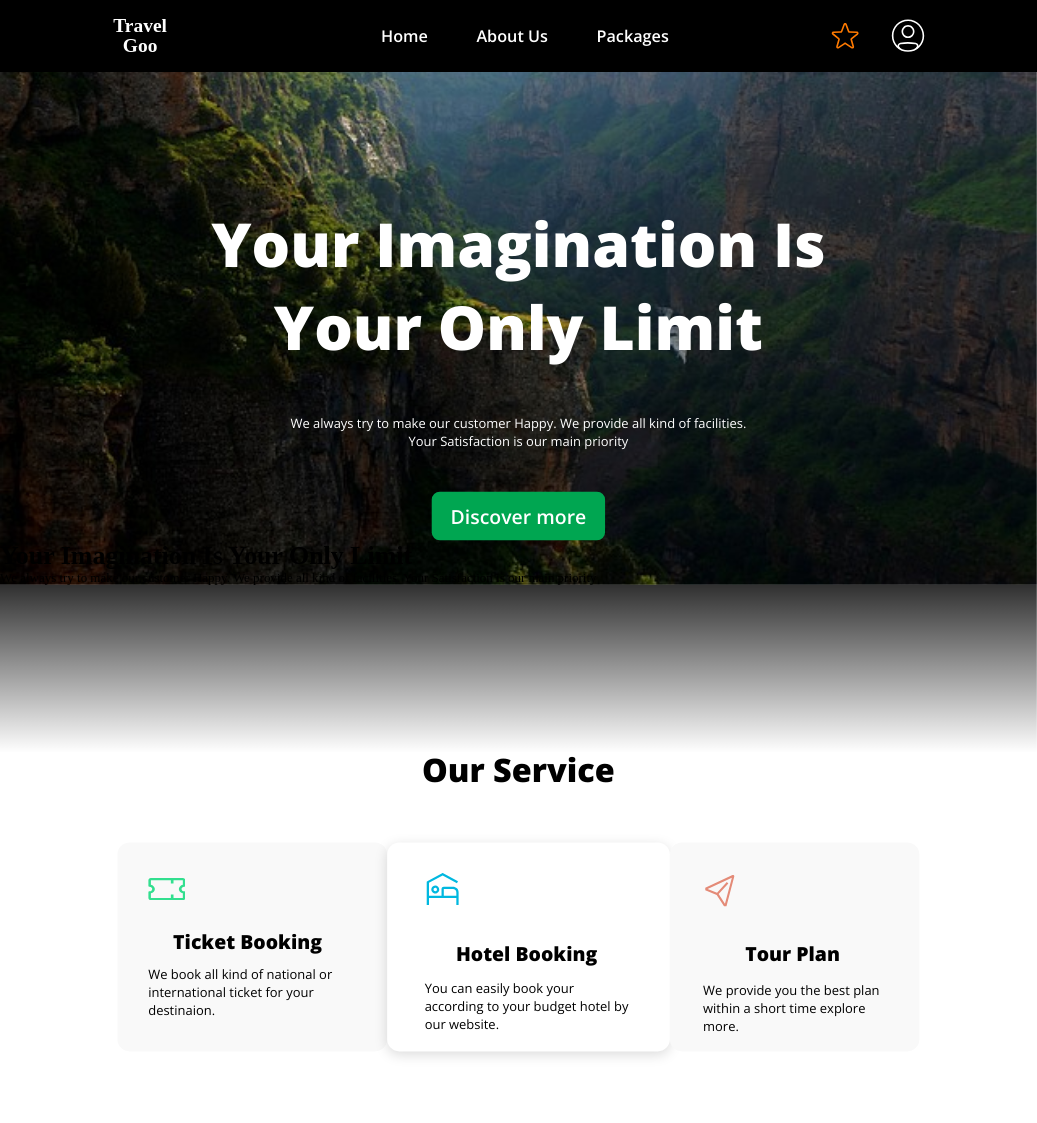
Repository: simralgasimov/back-project
Page: index.html
The author's editor kept a copy of each file at every save. The page is drawn from the files as they stood at one save, then again after a run of saves.
The browser window is 1280 px wide. The pictures show the whole page, at 81% of full size.
Some web fonts or font styles are not loaded; a fallback is used.

Above is the page before, as saved 2023-09-27 13:31:27.

After the next 2 saves:
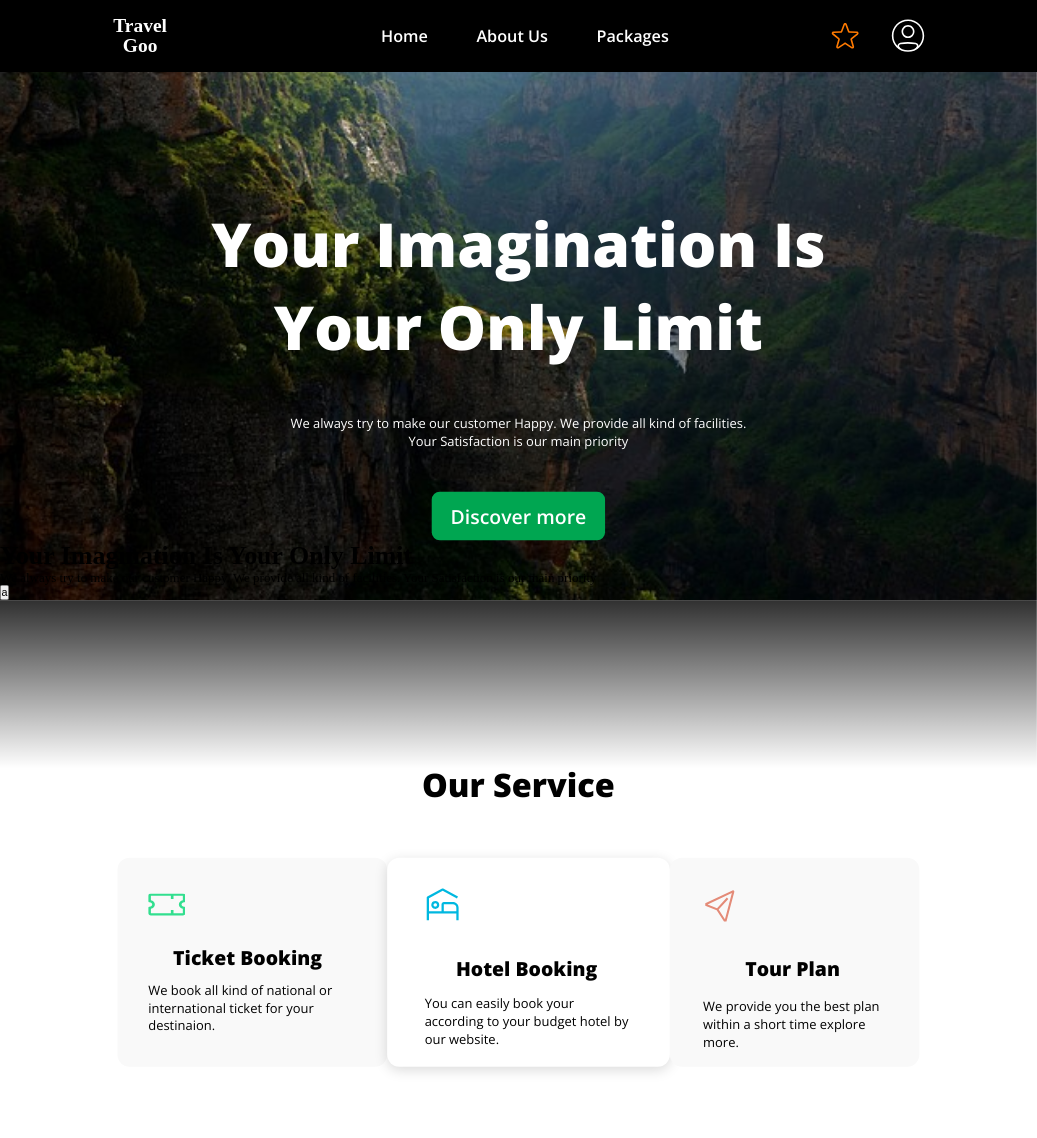
The 2 saves are shown as one change because they came seconds apart.
The last was saved 11 s later.
--- a/index.html
+++ b/index.html
@@ -44,6 +44,9 @@
           We always try to make our customer Happy. We provide all kind of
           facilities. Your Satisfaction is our main priority
         </p>
+        <button>
+          a
+        </button>
       </div>
     </div>
 
